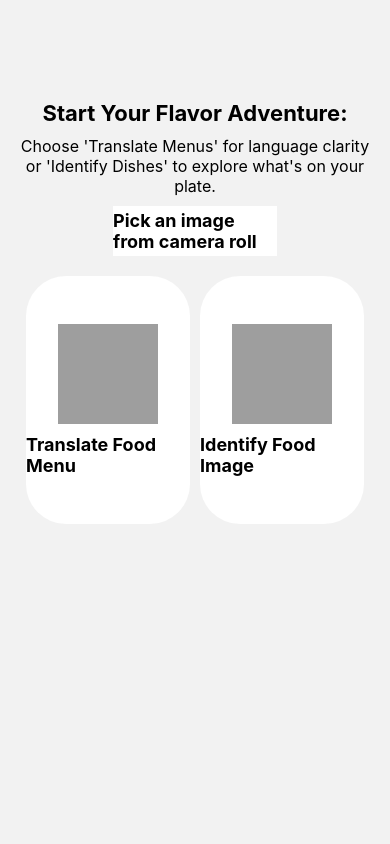
Repository: djdjdallas/taste-without-borders
Screen: /Home
An editor plug-in stored every save of this project. The screen is shown before and after the next save, followed by the edit.
Pictures or frames that could not be fetched are drawn as grey boxes. The app was drawn by React Native's web renderer in a window 390 px wide. The project was rebuilt for these pictures with package versions that can differ from the ones it lists, and the page was loaded fresh each time.

Above is the screen before, as saved 2023-12-26 20:28:20.

### App.js
import React from "react";
import { NavigationContainer } from "@react-navigation/native";
import { createNativeStackNavigator } from "@react-navigation/native-stack";
import HomeScreen from "./HomeScreen"; // Make sure the path is correct
import StartScreen from "./StartScreen";

const Stack = createNativeStackNavigator();

const App = () => {
  return (
    <NavigationContainer>
      <Stack.Navigator>
        <Stack.Screen name="Start" component={StartScreen} />
        <Stack.Screen name="Home" component={HomeScreen} />
        {/* You can add more screens to your navigator here */}
      </Stack.Navigator>
    </NavigationContainer>
  );
};

export default App;

### HomeScreen.js
import React, { useLayoutEffect, useState } from "react";
import {
  StyleSheet,
  View,
  Button,
  Image,
  Alert,
  Text,
  TouchableOpacity,
} from "react-native";
import * as ImagePicker from "expo-image-picker";
import { useNavigation } from "@react-navigation/native";
const iconForAnalyzeImage = {
  uri: "https://i.ibb.co/Y84cDxp/food1.png",
};
const iconForAnalyzeFoodImage = {
  uri: "https://i.ibb.co/VWjgcK5/food2.png",
};

const HomeScreen = () => {
  const navigation = useNavigation();
  const [selectedImage, setSelectedImage] = useState(null);
  const [responseText, setResponseText] = useState("");

  const pickImage = async () => {
    const { status } = await ImagePicker.requestMediaLibraryPermissionsAsync();
    if (status !== "granted") {
      Alert.alert(
        "Permissions required",
        "Sorry, we need camera roll permissions to make this work!"
      );
      return;
    }

    let result = await ImagePicker.launchImageLibraryAsync({
      mediaTypes: ImagePicker.MediaTypeOptions.Images,
      allowsEditing: true,
      aspect: [4, 3],
      quality: 1,
      base64: true,
    });

    if (!result.canceled && result.assets && result.assets[0].base64) {
      setSelectedImage(result.assets[0].base64);
    }
  };

  const handleResponse = (responseText) => {
    const dishes = responseText.split("\n");
    const formattedResponse = dishes.join("\n\n");
    setResponseText(formattedResponse);
  };

  const analyzeImage = async () => {
    if (selectedImage) {
      const apiKey = "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"; // Replace with your actual API key
      const endpoint = "https://api.openai.com/v1/chat/completions"; // Replace with your actual API endpoint

      const payload = {
        model: "gpt-4-vision-preview", // Replace with your model name
        messages: [
          {
            role: "user",
            content: [
              {
                type: "text",
                text: "Analyze this image and translate it into English?",
              },
              {
                type: "image_url",
                image_url: {
                  url: `data:[embedded picture, 41 characters]
                },
              },
            ],
          },
        ],
        max_tokens: 300,
      };

      try {
        const response = await fetch(endpoint, {
          method: "POST",
          headers: {
            "Content-Type": "application/json",
            Authorization: `Bearer ${apiKey}`,
          },
          body: JSON.stringify(payload),
        });

        if (!response.ok) {
          throw new Error(`HTTP error! status: ${response.status}`);
        }

        const data = await response.json();
        if (data.choices && data.choices[0]) {
          handleResponse(data.choices[0].message.content);
        } else {
          setResponseText("Unexpected response structure");
        }
      } catch (error) {
        setResponseText(`Error: ${error.message}`);
      }
    } else {
      setResponseText("No image selected");
    }
  };

  const analyzeFoodImage = async () => {
    if (selectedImage) {
      const apiKey = "YOUR_API_KEY"; // Replace with your actual API key
      const endpoint = "YOUR_API_ENDPOINT"; // Replace with your actual API endpoint

      const payload = {
        model: "YOUR_MODEL_NAME", // Replace with your model name
        messages: [
          {
            role: "user",
            content: [
              {
                type: "text",
                text: "Analyze this food image and describe it with humor.",
              },
              {
                type: "image_url",
                image_url: {
                  url: `data:[embedded picture, 41 characters]
                },
              },
            ],
          },
        ],
        max_tokens: 300,
      };

      try {
        const response = await fetch(endpoint, {
          method: "POST",
          headers: {
            "Content-Type": "application/json",
            Authorization: `Bearer ${apiKey}`,
          },
          body: JSON.stringify(payload),
        });

        if (!response.ok) {
          throw new Error(`HTTP error! status: ${response.status}`);
        }

        const data = await response.json();
        if (data.choices && data.choices[0]) {
          handleResponse(data.choices[0].message.content);
        } else {
          setResponseText("Unexpected response structure");
        }
      } catch (error) {
        setResponseText(`Error: ${error.message}`);
      }
    } else {
      setResponseText("No image selected");
    }
  };
  useLayoutEffect(() => {
    navigation.setOptions({
      headerShown: false,
    });
  }, []);

  return (
    <View style={styles.container}>
      <View style={styles.textContainer}>
        <Text style={styles.titleText}>Start Your Flavor Adventure:</Text>
        <Text style={styles.descriptionText}>
          Choose 'Translate Menus' for language clarity or 'Identify Dishes' to
          explore what's on your plate.
        </Text>
      </View>

      <TouchableOpacity style={styles.pickButton} onPress={pickImage}>
        <Text style={styles.buttonText}>Pick an image from camera roll</Text>
      </TouchableOpacity>

      {selectedImage && (
        <Image
          source={{ uri: `data:[embedded picture, 40 characters] }}
          style={styles.image}
        />
      )}

      <View style={styles.buttonGroup}>
        <TouchableOpacity style={styles.button} onPress={analyzeImage}>
          <Image source={iconForAnalyzeImage} style={styles.icon} />
          <Text style={styles.buttonText}>Translate Food Menu</Text>
        </TouchableOpacity>

        <TouchableOpacity style={styles.button} onPress={analyzeFoodImage}>
          <Image source={iconForAnalyzeFoodImage} style={styles.icon} />
          <Text style={styles.buttonText}>Identify Food Image</Text>
        </TouchableOpacity>
      </View>

      {responseText ? (
        <Text style={styles.responseText}>{responseText}</Text>
      ) : null}
    </View>
  );
};

const styles = StyleSheet.create({
  container: {
    flex: 1,
    justifyContent: "flex-start",
    alignItems: "center",
    padding: 20,
    backgroundColor: "#F2F2F2",
  },
  textContainer: {
    alignItems: "left",
    marginTop: 80,
  },
  titleText: {
    fontSize: 22,
    fontWeight: "bold",
    textAlign: "center",
  },
  descriptionText: {
    fontSize: 16,
    textAlign: "center",
    marginVertical: 10,
  },
  buttonGroup: {
    flex: 1,
    flexDirection: "row",
    marginTop: 20,
    gap: 10,
  },
  button: {
    width: 164,
    height: 248,
    justifyContent: "center",
    alignItems: "center",
    // Assuming you want to set the width to 80% of the screen width
    alignItems: "center",
    backgroundColor: "white",
    borderRadius: 40,
  },
  pickButton: {
    width: 164,
    height: 50,
    justifyContent: "center",
    alignItems: "center",
    // Assuming you want to set the width to 80% of the screen width
    alignItems: "center",
    backgroundColor: "white",
  },
  buttonText: {
    fontSize: 18,
    color: "#000000",
    fontWeight: "bold",
  },
  icon: {
    width: 100, // Set the icon size you want
    height: 100, // Set the icon size you want
    marginBottom: 10, // Space between icon and text
  },
  image: {
    width: 200,
    height: 200,
    margin: 10,
  },
  responseText: {
    marginTop: 20,
    padding: 10,
    borderWidth: 1,
    borderColor: "#ddd",
    borderRadius: 5,
  },
});

export default HomeScreen;

### StartScreen.js
import {
  View,
  Text,
  Image,
  TouchableOpacity,
  ImageBackground,
  StyleSheet,
} from "react-native";
import React, { useLayoutEffect } from "react";
import { useNavigation } from "@react-navigation/native";

const image = { uri: "https://i.ibb.co/RQYb1f7/i-Phone-11-Pro-Max-1.png" };
const hero = { uri: "https://i.ibb.co/zQtzrR4/hero-2.png" };

const StartScreen = () => {
  const navigation = useNavigation();

  useLayoutEffect(() => {
    navigation.setOptions({
      headerShown: false,
    });
  }, []);
  return (
    <View style={styles.container}>
      <ImageBackground source={hero} resizeMode="cover" style={styles.image}>
        <TouchableOpacity
          style={styles.button}
          onPress={() => {
            navigation.navigate("Home");
            /* Handle the press event */
          }}
        >
          <Text style={styles.text}>Get Started</Text>
        </TouchableOpacity>
      </ImageBackground>
    </View>
  );
};

const styles = StyleSheet.create({
  container: {
    flex: 1,
  },
  image: {
    flex: 1,
    justifyContent: "flex-end", // Aligns children to the bottom
    alignItems: "center", // Centers children horizontally
  },
  text: {
    color: "#FA4A0C", // Given text color
    fontSize: 16, // Adjusted for typical button text
    fontWeight: "bold",
  },
  button: {
    width: 314, // Width as per your requirement
    height: 70, // Height as per your requirement
    justifyContent: "center", // Center the text vertically
    alignItems: "center", // Center the text horizontally
    backgroundColor: "white", // Button background color
    marginBottom: 80, // Distance from the bottom
    borderRadius: 50, // Distance from the bottom
  },
});

export default StartScreen;

After the next save:
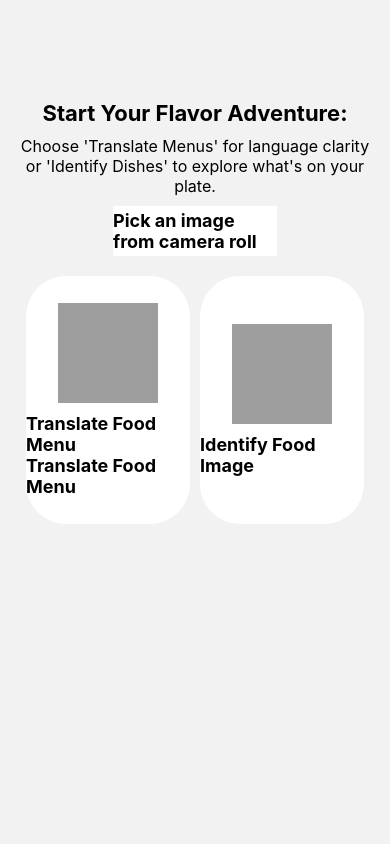
Saved 55 s later.
--- a/HomeScreen.js
+++ b/HomeScreen.js
@@ -191,6 +191,7 @@ const HomeScreen = () => {
         <TouchableOpacity style={styles.button} onPress={analyzeImage}>
           <Image source={iconForAnalyzeImage} style={styles.icon} />
           <Text style={styles.buttonText}>Translate Food Menu</Text>
+          <Text style={styles.buttonText}>Translate Food Menu</Text>
         </TouchableOpacity>
 
         <TouchableOpacity style={styles.button} onPress={analyzeFoodImage}>
